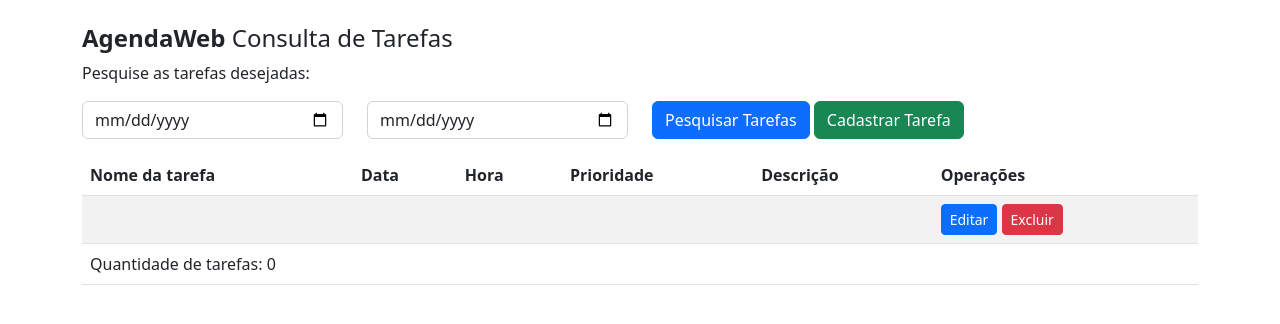
Repository: thamaraamaral/desafio_mvc1
Page: http://localhost/gft-milhas/WEB-INF/views/eventos-consulta.jsp
An editor plug-in stored every save of this project. The page is shown before and after the next save, followed by the edit.
The browser window is 1280 px wide. The pictures show the whole page.
The page is served by Tomcat 9. Nobody is signed in. The template is opened directly, without the code that normally fills it, so the values that code supplies are empty.

Above is the page before, as saved 2022-10-28 17:55:37.

After the next save:
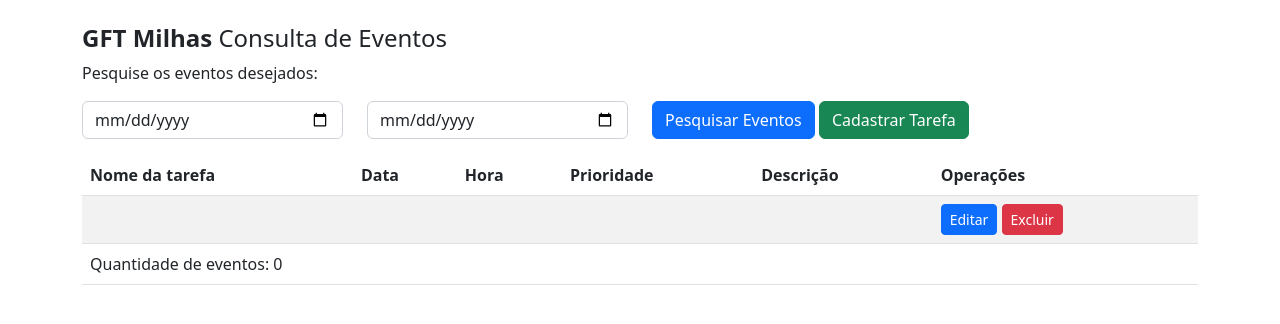
Saved 77 s later.
--- a/gft-milhas/src/main/webapp/WEB-INF/views/eventos-consulta.jsp
+++ b/gft-milhas/src/main/webapp/WEB-INF/views/eventos-consulta.jsp
@@ -22,9 +22,9 @@
 		<div class="row mb-3">
 			<div class="col-md-6">
 				<h4>
-					<strong>AgendaWeb</strong> Consulta de Tarefas
+					<strong>GFT Milhas</strong> Consulta de Eventos
 				</h4>
-				Pesquise as tarefas desejadas:
+				Pesquise os eventos desejados:
 			</div>
 			<div class="col-md-6 text-end">
 				<div class="mt-2">
@@ -45,7 +45,7 @@
 				<div class="col-md-6">
 
 					<input type="submit" class="btn btn-primary"
-						value="Pesquisar Tarefas" /> <a href="/agendaweb/tarefas-cadastro"
+						value="Pesquisar Eventos" /> <a href="/gft-milhas/eventos-cadastro"
 						class="btn btn-success"> Cadastrar Tarefa </a>
 				</div>
 			</div>
@@ -70,14 +70,14 @@
 					<td></td>
 					<td></td>
 					<td></td>
-					<td><a href="/agendaweb/tarefas-edicao"
+					<td><a href="/gft-milhas/eventos-edicao"
 						class="btn btn-primary btn-sm"> Editar </a> <a href="#"
 						class="btn btn-danger btn-sm"> Excluir </a></td>
 				</tr>
 			</tbody>
 			<tfoot>
 				<tr>
-					<td colspan="6">Quantidade de tarefas: 0</td>
+					<td colspan="6">Quantidade de eventos: 0</td>
 				</tr>
 			</tfoot>
 		</table>
